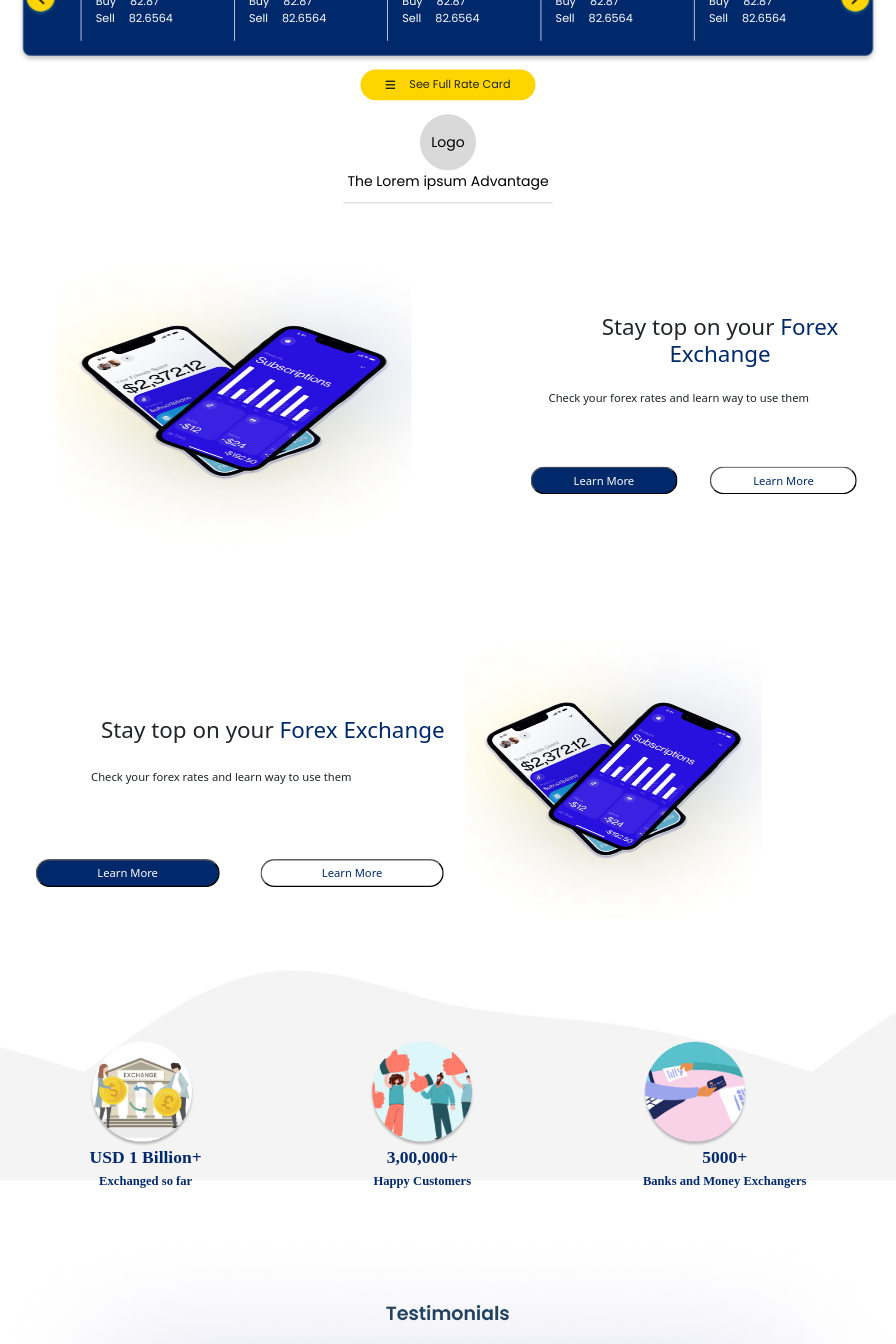
Repository: FlyweisReact/Akshadeep-latest
Page: /
These files come from the project's save history. The page is drawn as it stood at one moment and after the next save; the edit follows.
The browser window is 1280 px wide. The pictures show the part of the page from y = 865 to 2785 px (the page is 4675 px tall before and 4672 px after), at 70% of full size.
Some web libraries are served in a nearby version. The project was rebuilt for these pictures with package versions that can differ from the ones it lists, and the page was loaded fresh each time. Also part of the build but not shown: src/components/exchange.jsx, src/components/order_p1.jsx, src/components/order_p2.jsx, src/components/faas.jsx, src/components/offer.jsx, src/components/main2.jsx, src/components/home.jsx, src/components/slider.jsx and 6 more.

Above is the page before, as saved 2023-05-23 16:01:25.

### public/index.html
<!DOCTYPE html>
<html lang="en">
  <head>
    <meta charset="utf-8" />
    <link rel="icon" href="%PUBLIC_URL%/favicon.ico" />
    <meta name="viewport" content="width=device-width, initial-scale=1" />
    <meta name="theme-color" content="#000000" />
    <meta
      name="description"
      content="Web site created using create-react-app"
    />
    <link rel="apple-touch-icon" href="%PUBLIC_URL%/logo192.png" />

    <link rel="manifest" href="%PUBLIC_URL%/manifest.json" />
    <link rel="stylesheet" href="https://cdnjs.cloudflare.com/ajax/libs/font-awesome/5.15.3/css/all.min.css" />
    <link href="https://cdn.jsdelivr.net/npm/bootstrap@5.3.0-alpha1/dist/css/bootstrap.min.css" rel="stylesheet" integrity="sha384-GLhlTQ8iRABdZLl6O3oVMWSktQOp6b7In1Zl3/Jr59b6EGGoI1aFkw7cmDA6j6gD" crossorigin="anonymous">
    <title>React App</title>
  </head>
  <body>
    <noscript>You need to enable JavaScript to run this app.</noscript>
    <div id="root"></div>
    <script src="https://kit.fontawesome.com/b533b351e4.js" crossorigin="anonymous"></script>
  </body>
</html>

### src/components/Main.jsx
/** @format */

import React from "react";
import Navbar from "./navbar";
import "react-responsive-carousel/lib/styles/carousel.min.css";
import BottomCont from "./bottom_cont";
import Footer from "./footer";
import img from "../Images/a-7.png";
import img5 from "../Images/a-58.png";
import UpperForm from "./Component/Index/UpperForm";
import UpperSlider from "./Component/Index/UpperSlider";
import CurrencySlider from "./Component/Index/CurrencySlider";

function Main() {
  return (
    <>
      <Navbar />

      <div className="upper-two-component">
        <div className="left-component">
          <UpperForm />
        </div>
        <div className="right-component">
          <UpperSlider />
        </div>
      </div>

      <div className="Index-currency_cont">
        <CurrencySlider />
      </div>

      <div className="Index_center_button">
      <i className="fa-solid fa-bars"></i>
        <p>See Full Rate Card</p>
      </div>

      <div className="Index_center_Div">
        <div className="logo">
          Logo
        </div>
        <p>The Lorem ipsum Advantage</p>
        <hr />
      </div>



      <div className="main-2-cont">
        <div className="main-2-left">
          <img src={img} alt="" />
        </div>
        <div className="main-2-right">
          <h2>
            Stay top on your <spam className="sp">Forex Exchange</spam>
          </h2>
          <p>Check your forex rates and learn way to use them</p>
          <div className="main-2-r-btn">
            <button className="main-2l-btn">Learn More</button>
            <button className="main-2r-btn">Learn More</button>
          </div>
        </div>
      </div>
      <div className="main-3-cont">
        <div className="main-3-left">
          <h2>
            Stay top on your <spam className="sp">Forex Exchange</spam>
          </h2>
          <p>Check your forex rates and learn way to use them</p>
          <div className="main-2-r-btn">
            <button className="main-2l-btn">Learn More</button>
            <button className="main-2r-btn">Learn More</button>
          </div>
        </div>
        <div className="main-3-right">
          <img src={img} alt="" />
        </div>
      </div>
      <BottomCont />
      <Footer />
    </>
  );
}

export default Main;

### src/Style/Header.css
/** @format */

.Sticky-Header-Companent {
  height: 100%;
  background-color: var(--white);
  position: sticky;
  top: 0;
  z-index: 999;
  padding: 20px;
  transition: box-shadow 0.3s ease;
}

.scrolled {
  box-shadow: rgba(0, 0, 0, 0.24) 0px 3px 8px;
}

.Header {
  width: 100%;
  display: flex;
  justify-content: space-between;
  align-items: center;
}

.Header .left-component a {
  font-family: InterFont;
  font-size: 2rem;
  color: #000000;
  cursor: pointer;
  text-decoration: none;
}

.Header .right-component {
  display: flex;
  gap: 20px;
}
.Header .right-component .btn1 {
  font-weight: 500;
  font-size: var(--medium-font);
  color: var(--black);
  background-color: transparent;
  border: none;
}
.Header .right-component .btn2 {
  font-size: var(--medium-font);
  color: var(--white);
  background-color : #00296B;
  border: 1px solid #00296B;
  padding: 10px;
  width: 200px;
  border-radius: var(--half-border);
}

/* Category Drop- Down */
.Drop-Category-Bar {
  display: flex;
  align-items: center;
}
.Drop-Category-Bar .left-container {
  width: 20%;
  padding: 20px;
}

.Drop-Category-Bar .right-Container {
  display: flex;
  width: 60%;
  justify-content: space-evenly;
}

.Drop-Category-Bar .left-container i {
  font-size: var(--medium-font);
  cursor: pointer;
}
.Drop-Category-Bar .right-Container #dropdown-basic {
  border: none;
  font-size: var(--medium-font);
  font-style: normal;
  line-height: 29px;
  color: #333131;
}
.Drop-Category-Bar .right-Container #dropdown-button-drop-end {
  width: 100%;
  display: flex;
  justify-content: space-between;
  gap: 20px;
  align-items: center;
  font-size: var(--small-font);
  border: none;
}
.Drop-Category-Bar .right-Container .dropdown-item {
  width: 100%;
  font-size: var(--small-font);
  border: none;
  padding-left: 12px;
}

/* FullScreen Offcanvas */
.offcanvas.offcanvas-start {
  width: 100% !important;
  background-color: transparent;
}
.offcanvas-backdrop.show {
  opacity: 0.9 !important;
}
.Offcanvas-Menu {
  position: relative;
  padding: 20px;
}
.Offcanvas-Menu .fa-x {
  font-size: var(--medium-font);
  color: #fff;
  position: absolute;
  right: 20px;
  top: 20px;
  cursor: pointer;
}
.Offcanvas-Menu .Menu-Items {
  display: flex;
  justify-content: space-evenly;
  align-items: center;
  position: absolute;
  top: 50%;
  gap: 20px;
  left: 50%;
  transform: translate(-50%, -50%);
  width: 100%;
  padding-left: 5%;
  padding-right: 5%;
}
.Offcanvas-Menu .Menu-Items div {
  width: 20%;
  cursor: pointer;
}
.Offcanvas-Menu .Menu-Items div img {
  display: block;
  margin: auto;
}
.Offcanvas-Menu .Menu-Items div a {
  text-decoration: none;
}
.Offcanvas-Menu .Menu-Items p {
  font-size: var(--medium-font);
  color: #ffffff;
  text-align: center;
  margin-top: 10px;
  font-family: OpenFont;
  text-decoration: none;
  width: 100%;
}

### src/Style/Layout.css
/**
 * Two Section Component
 *
 * @format
 */

.upper-two-component {
  display: flex;
  justify-content: space-evenly;
  padding-top: 20px;
}
.upper-two-component .left-component {
  width: 40%;
}
.upper-two-component .right-component {
  width: 50%;
}

/* Currency Container */
.Index-currency_cont {
  width: 98%;
  margin: auto;
  padding: 20px;
  filter: drop-shadow(0px 4px 4px rgba(0, 0, 0, 0.25));
  padding-top: 5%;
}

/* Rate Button */
.Index_center_button {
  width: 250px;
  background: #ffd500;
  border-radius: 27px;
  display: flex;
  gap: 20px;
  justify-content: center;
  align-items: center;
  padding: 10px;
  margin: auto;
  cursor: pointer;
}
.Index_center_button i {
  margin: 0;
}
.Index_center_button p {
  margin: 0;
  font-family: PoppinFont;
  font-size: var(--extra-small-font);
}

/* Index_center_Div */
.Index_center_Div {
  width: 300px;
  display: block;
  margin: auto;
  padding-top: 20px;
  text-align: center;
}
.Index_center_Div .logo {
  background-color: #d9d9d9;
  color: #000;
  font-family: PoppinFont;
  width: 80px;
  height: 80px;
  border-radius: 100%;
  display: flex;
  justify-content: center;
  align-items: center;
  margin: auto;
  font-size: var(--medium-font);
}
.Index_center_Div p{
    color: #000;
    font-family: PoppinFont;
    text-align: center;
    font-size: var(--medium-font);
}

### src/Style/Component.css
/**
 * Upper Form Component
 *
 * @format
 */

.Index-Upper-Form {
  width: 100%;
  padding-top: 20px;
}
.Index-Upper-Form .button-container {
  display: flex;
  align-items: center;
  justify-content: center;
  gap: 10px;
  width: 100%;
}
.Index-Upper-Form .button-container button {
  background-color: #fff;
  color: #333;
  border: 1px solid #ffd500;
  font-size: var(--small-font);
  cursor: pointer;
  padding: 10px;
  width: 20%;
  font-family: OpenFont;
  border-radius: 4px;
  transition: 0.5s;
}
.Index-Upper-Form .button-container button:hover {
  background: #ffd500;
}
.Index-Upper-Form .form-cont {
  width: 100%;
  margin-top: 10px;
  background: #00296b;
  border: 1px solid #333131;
  box-shadow: 0px 0px 100px 8px rgba(255, 213, 0, 0.3);
  border-radius: 12px;
  position: relative;
  padding: 20px;
}
.Index-Upper-Form .form-cont .form-part-1 .two-cont {
  display: flex;
  justify-content: space-between;
  width: 100%;
}
.Index-Upper-Form .form-cont .form-part-1 .two-cont div {
  width: 45%;
}
.Index-Upper-Form .form-cont .form-part-1 .two-cont div label {
  color: var(--white);
  font-size: var(--extra-small-font);
  font-family: PoppinFont;
  line-height: 24px;
  color: #ffffff;
}

.Index-Upper-Form .form-cont .form-part-1 .two-cont div select {
  width: 100%;
  margin-top: 3px;
  outline: none;
  font-size: var(--extra-small-font);
  color: #897f7f;
  font-family: PoppinFont;
  padding: 10px;
  border-radius: 4px;
  border: 1px solid #897f7f;
}
.Index-Upper-Form .form-cont .form-part-1 .rate {
  font-size: 16px;
  line-height: 24px;
  color: #ffffff;
  margin-top: 10px;
  font-family: PoppinFont;
}
.Index-Upper-Form .form-cont .form-part-1 .two-cont div input {
  width: 100%;
  margin-top: 3px;
  outline: none;
  font-size: var(--extra-small-font);
  color: #897f7f;
  font-family: PoppinFont;
  padding: 10px;
  border-radius: 4px;
  border: 1px solid #897f7f;
}
.Index-Upper-Form .form-cont .form-part-1 .two-cont div input::placeholder {
  color: #897f7f;
}
.Index-Upper-Form .form-cont .form-part-1 .two-cont .two-section {
  display: flex;
  gap: 10px;
  color: var(--white);
  margin-top: 10px;
  align-items: center;
}
.Index-Upper-Form .form-cont .form-part-1 .two-cont .two-section p {
  margin: 0;
  font-family: PoppinFont;
}
.Index-Upper-Form .form-cont .form-part-1 .two-cont .two-section button {
  background-color: #214360;
  outline: none;
  border: 1px solid #214360;
  color: var(--white);
  font-family: PoppinFont;
}
.Index-Upper-Form .form-cont .form-part-1 .two-cont .two-section i {
  color: #ffd500;
}
.Index-Upper-Form .form-cont .form-part-1 .two-cont .two-section .add {
  color: #ffd500;
  text-decoration: underline;
}
.Index-Upper-Form .form-cont .ord-btn {
  font-size: var(--medium-font);
  font-family: PoppinFont;
  background: #ffd500;
  border-radius: 30.2748px;
  border: none;
  width: 40%;
  padding: 10px;
  display: block;
  margin: auto;
  position: absolute;
  top: 98%;
  cursor: pointer;
  left: 50%;
  transform: translate(-50%, -50%);
}

/* Slick Slider */
.slick-slider-Cont {
  position: relative;
}
.slick-slider-Cont .Prev-Next_cont {
  display: flex;
  justify-content: space-between;
}
.slick-slider-Cont .Prev-Next_cont .PrevImg {
  position: absolute;
  top: 50%;
  left: 5%;
  transform: translate(-50%, -50%);
  cursor: pointer;
}
.slick-slider-Cont .Prev-Next_cont .NextImg {
  position: absolute;
  top: 50%;
  left: 95%;
  transform: translate(-50%, -50%);
  cursor: pointer;
}

.Slick-Slider {
  height: 100%;
  padding: 20px;
}
.Slick-Slider .slider-container-div {
  width: 100%;
}
.Slick-Slider .slider-container-div p {
  font-family: PoppinFont;
  font-size: 24px;
  line-height: 40px;
  color: #000;
  text-align: center;
  margin: 0;
}
.Slick-Slider .slider-container-div img {
  display: block;
  margin: auto;
}
.Slick-Slider:focus {
  border: none !important;
}
.Slick-Slider:active {
  border: none !important;
}

.Slick-Slider .slider-container-div .two-comp {
  display: flex;
  justify-content: space-evenly;
  gap: 10px;
}
.Slick-Slider .slider-container-div .two-comp .left-comp {
  width: 45%;
  position: relative;
}
.Slick-Slider .slider-container-div .two-comp .left-comp img {
  position: absolute;
  top: 50%;
  left: 50%;
  transform: translate(-50%, -50%);
}
.Slick-Slider .slider-container-div .two-comp .right-comp {
  width: 60%;
}
.Slick-Slider .slider-container-div .two-comp .right-comp div {
  display: flex;
  padding-top: 20px;
  gap: 20px;
  align-items: center;
}
.Slick-Slider .slider-container-div .two-comp .right-comp p {
  margin: 0;
  font-size: var(--extra-small-font);
  line-height: normal;
  width: 90%;
  text-align: left;
}
.Slick-Slider .slider-container-div .two-comp .right-comp i {
  margin: 0;
  background-color: #00a067;
  color: #fff;
  border-radius: 100%;
  padding: 5px;
}


/* Currency-Slider  */
.currency_slider_cont{
  background-color: #00296B;
  border: 1px solid #00296B;
  border-radius: 10px;
  position: relative;
  width: 100%;
}
.currency_slider_cont .currency_slider{
  height: 100%;
  padding: 20px;
  padding-left: 5%;
  padding-right: 5%;
}
.currency_slider_cont .currency_slider:focus {
  border: none !important;
}
.currency_slider_cont .currency_slider:active {
  border: none !important;
}

.currency_slider_cont .currency_slider .Item{
  color: #fff;
  border-right: 1px solid #fff;
  padding: 20px;
  width: 20%;
}
.currency_slider_cont .currency_slider .Item p{
  margin: 0;
}
.currency_slider_cont .currency_slider .Item .head{
  font-family: PoppinFont;
  font-size: var(--medium-font);
}
.currency_slider_cont .currency_slider .Item .two_sec{
  display: flex;
  align-items: center;
  gap: 20px;
}
.currency_slider_cont .currency_slider .Item .two_sec p{
  font-family: PoppinFont;
font-size: var(--extra-small-font);
}
.currency_slider_cont .Prev-Next_cont {
  display: flex;
  justify-content: space-between;
}
.currency_slider_cont .Prev-Next_cont .PrevImg {
  position: absolute;
  top: 50%;
  left: 2%;
  transform: translate(-50%, -50%);
  cursor: pointer;
}
.currency_slider_cont .Prev-Next_cont .NextImg {
  position: absolute;
  top: 50%;
  left: 98%;
  transform: translate(-50%, -50%);
  cursor: pointer;
}

.slick-prev:before {
  display: none !important;
}
.slick-next:before{
  display: none
  ;
}

### src/components/navbar.jsx
import Header from "./Layout/Header";

const Navbar = () => {
  return (
    <>
      <Header />

    </>
  );
};

export default Navbar;

### src/components/bottom_cont.jsx
import React from "react";
import img from "../Images/a-33.png";
import img2 from "../Images/a-34.png";
import img3 from "../Images/a-35.png";
import img4 from "../Images/a-36.png";
import img5 from "../Images/a-37.png";
import img6 from "../Images/a-51.png";

const BotCont = () => {
  return (
    <>
      <div className="bot-part-1">
        <div className="bot-cont-imgs">
          <div>
            <img src={img} />
            <h6>USD 1 Billion+</h6>
            <p>Exchanged so far</p>
          </div>
          <div>
            <img src={img2} />
            <h6>3,00,000+</h6>
            <p>Happy Customers</p>
          </div>
          <div>
            <img src={img3} />
            <h6>5000+</h6>
            <p>Banks and Money Exchangers</p>
          </div>
        </div>
      </div>
      <div className="bot-part-3">
        <img src={img6} />
      </div>
      <div className="bot-part-2">
        <h3>Media Mentions</h3>
        <div className="bot-part-2-sub">
          <div className="bot-cont-card">
            <h4>Loren Ipsum Id best Platform out there</h4>
            <p>
              Lorem Ipsum is simply dummy text of the printing and typesetting
              industry. Lorem Ipsum has been the industry's standard dummy text
              ever since the 1500s, when an unknown printer took a galley of
              type and scrambled it to make a type specimen book.
            </p>
            <div className="thin-line"></div>
            <div className="bot-cont-card-2">
              <img src={img4} />
              <p>5 star</p>
            </div>
          </div>
          <div className="bot-cont-card">
            <h4>Loren Ipsum Id best Platform out there</h4>
            <p>
              Lorem Ipsum is simply dummy text of the printing and typesetting
              industry. Lorem Ipsum has been the industry's standard dummy text
              ever since the 1500s, when an unknown printer took a galley of
              type and scrambled it to make a type specimen book.
            </p>
            <div className="thin-line"></div>
            <div className="bot-cont-card-2">
              <img src={img5} style={{height:"40px"}} />
              <p>5 star</p>
            </div>
          </div>
        </div>
      </div>
    </>
  );
};

export default BotCont;

### src/components/footer.jsx
import React from "react";

const Footer = () => {
  return (
    <footer className="footer">
      <div className="footer-cont">
        <div className="foot-row">
          <div className="foot-col">
            <h3>Company</h3>
            <p>About Us</p>
            <p>Contact Us</p>
            <p>Careers</p>
          </div>
          <div className="foot-col">
            <h3>Services</h3>
            <p>Prepaid Travel Card</p>
            <p>Foreign Demand Draft</p>
            <p>Foreign Currency</p>
            <p>Educational Loans</p>
            <p>Remmittance</p>
            <p>Travel Insurance</p>
            <p>Forex as a Service (Faas Solution)</p>
          </div>
          <div className="foot-col">
            <h3>Quick Links</h3>
            <p>FAQs</p>
            <p>Cancellation & Refund Policy</p>
            <p>Forex Rates</p>
            <p>Our Policies</p>
            <p>Terms of Use</p>
            <p>Site Map</p>
            <p>Offers</p>
          </div>
          <div className="foot-col">
            <h3>Insight</h3>
            <p>Blogs</p>
            <p>Press Release</p>
            <p>Foreign Currency</p>
            <p>Educational Loans</p>
            <p>Remmittance</p>
            <p>Travel Insurance</p>
            <p>Forex as a Service (Faas Solution)</p>
          </div>
          <div className="foot-col">
            <h3>Registered Office Address</h3>
            <p>Lorem Ipsum Pvt ltd.</p>
            <p>P-701 to P-705 lorem ipsum , 7th floor, 11th tower, panchsheel primerose, vatista
                , Gurugram, Hariyana
            </p>
            {/*<ul className="social-icons">
              <li>
                <a href="#">
                  <i className="fab fa-facebook-f"></i>
                </a>
              </li>
              <li>
                <a href="#">
                  <i className="fab fa-twitter"></i>
                </a>
              </li>
              <li>
                <a href="#">
                  <i className="fab fa-linkedin"></i>
                </a>
              </li>
              <li>
                <a href="#">
                  <i className="fab fa-instagram"></i>
                </a>
              </li>
            </ul>*/}
          </div>
        </div>
      </div>
      <div className="footer-bottom">
        <p>&copy; 2023 Forex Inc. All Rights Reserved.</p>
      </div>
    </footer>
  );
};

export default Footer;

### src/components/signup.jsx
import Button from "react-bootstrap/Button";
import Modal from "react-bootstrap/Modal";

function MyVerticallyCenteredModal(props) {
  return (
    <Modal
      {...props}
      size="lg"
      aria-labelledby="contained-modal-title-vcenter"
      centered
    >
      <Modal.Body>
        <div className="popupe-container">
          <div className="popupe">
            <span className="close" onClick={props.onHide}>
              &times;
            </span>
            <h2 className="form-title">Register</h2>
            <form>
              <div class="form-groupe">
                <label for="name" className="label-inp">Name</label>
                <input type="text" id="name" name="name" placeholder="Enter your name here" />
              </div>
              <div class="form-groupe">
                <label for="mobile" className="label-inp">Mobile Number</label>
                <input type="email" id="email" name="email" placeholder="Enter your mobile no here"/>
              </div>
              <div class="form-groupe">
                <label for="email" className="label-inp">Email</label>
                <input type="email" id="email" name="email" placeholder="Enter your email here"/>
              </div>
              <button type="submit" className="btn-form-submit">Submit</button>
            </form>
            <h2 className="form-title">Or</h2>
            <div className="form-bot-cont">
              <div className="left-btn">
                  <button className="btn-2">
                  <i class="fab fa-facebook-f fc" ></i>
                  facebook</button>
              </div>
              <div className="right-btn">
                  <button className="btn-2">
                  <i class="fab fa-google-plus-g gl"></i>
                    Google</button>
              </div>
            </div>
            </div>
          </div>
      </Modal.Body>
    </Modal>
  );
}

export default MyVerticallyCenteredModal;

### src/components/login.jsx

import Modal from "react-bootstrap/Modal";

function MyVerticallyCenteredModal(props) {
  return (
    <Modal
      {...props}
      size="lg"
      aria-labelledby="contained-modal-title-vcenter"
      centered
    >
      <Modal.Body>
        <div className="popupe-container">
          <div className="popupe">
            <span className="close" onClick={props.onHide}>
              &times;
            </span>
            <h2 className="form-title">Login</h2>
            <form>
              <div class="form-groupe">
                <label for="name" className="label-inp">Mobile Number/ Email Id</label>
                <input type="text" id="name" name="name" placeholder="Enter mobile number/ email Id" />
              </div>
              <button type="submit" className="btn-form-submit">Submit</button>
            </form>
            </div>
            <h2 className="form-title">Or</h2>
            <div className="form-bot-cont">
              <div className="left-btn">
                  <button className="btn-2">
                  <i class="fab fa-facebook-f fc" ></i>
                  facebook</button>
              </div>
              <div className="right-btn">
                  <button className="btn-2">
                  <i class="fab fa-google-plus-g gl"></i>
                    Google</button>
              </div>
            </div>
          </div>
      </Modal.Body>
    </Modal>
  );
}

export default MyVerticallyCenteredModal;

Loaded but not shown: src/Json/menu.json (187 lines, source omitted); src/components/Component/Index/UpperSlider.js (180 lines, source omitted); src/components/Component/Index/CurrencySlider.js (162 lines, source omitted); src/components/Component/Index/UpperForm.js (74 lines, source omitted); src/components/Layout/DropBar.js (60 lines, source omitted); src/components/Layout/Sidebar.js (70 lines, source omitted); src/App.js (50 lines, source omitted); src/components/Layout/Header.js (56 lines, source omitted); src/index.js (13 lines, source omitted); src/index.css (2406 lines, source omitted)

After the next save:
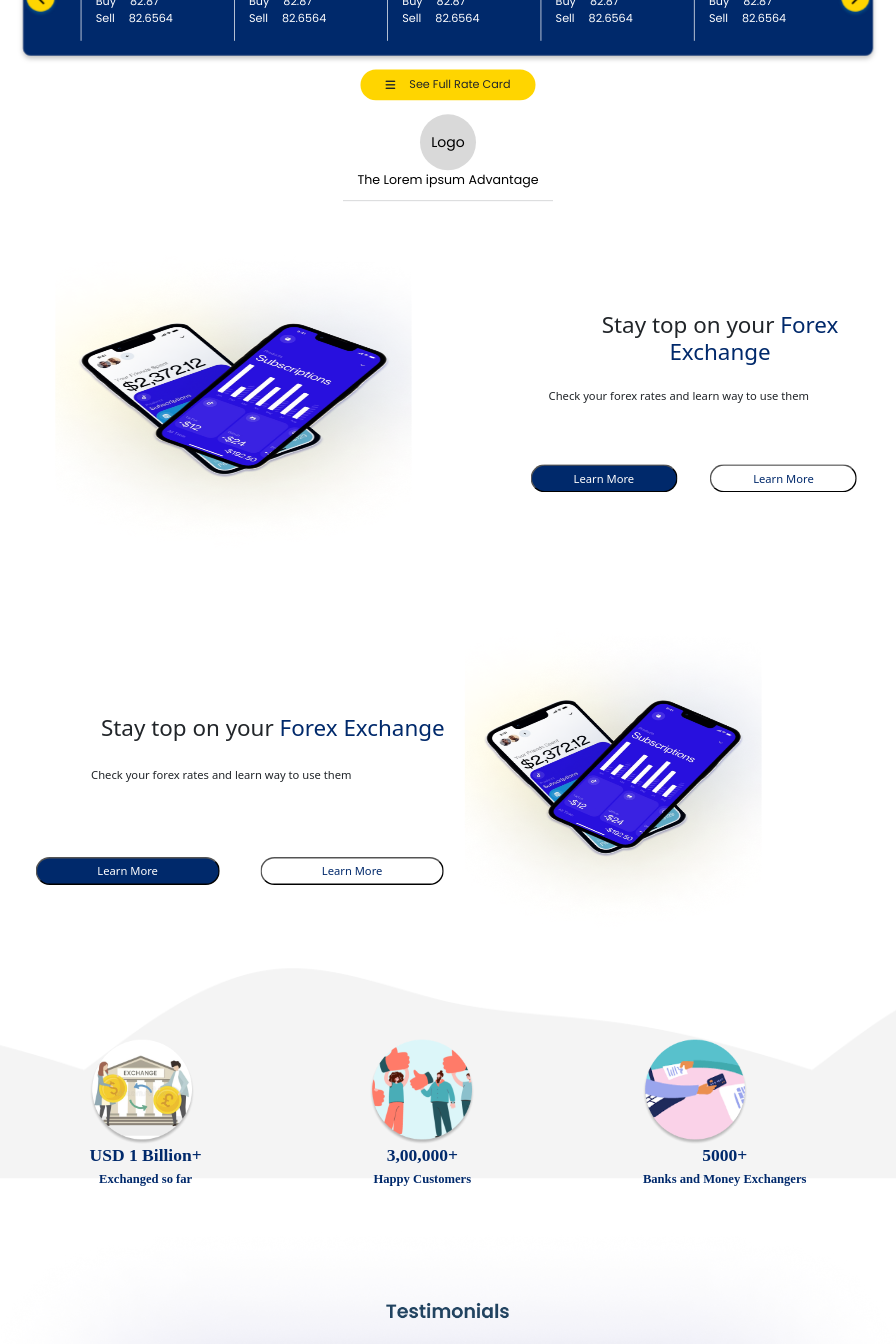
Saved 14 s later.
--- a/src/Style/Layout.css
+++ b/src/Style/Layout.css
@@ -72,5 +72,5 @@
     color: #000;
     font-family: PoppinFont;
     text-align: center;
-    font-size: var(--medium-font);
+    font-size: var(--small-font);
 }
